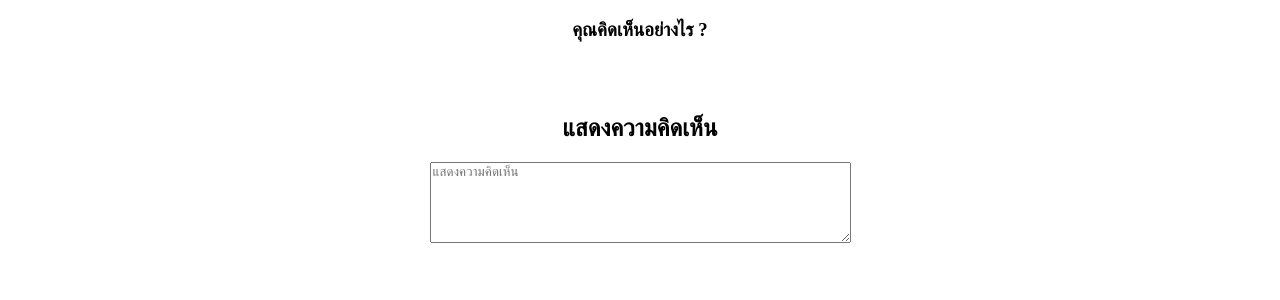
Repository: Wanaratkhamla/LabJavaWeb
Page: http://localhost/TestLabinMidterm/
These files come from the project's save history. The page is drawn as it stood at one moment and after the next save; the edit follows.
The browser window is 1280 px wide. The pictures show the whole page.
The page is served by Tomcat 9. Queries for data that is not in the repository find no rows.

Above is the page before, as saved 2017-02-28 11:58:06.

After the next save:
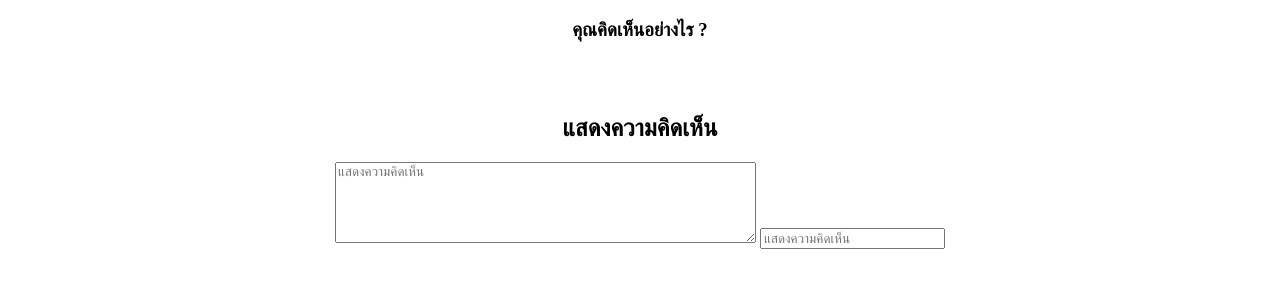
Saved 48 s later.
--- a/TestLabinMidterm/WebContent/index.jsp
+++ b/TestLabinMidterm/WebContent/index.jsp
@@ -73,6 +73,7 @@
 			<h2 align="center">แสดงความคิดเห็น</h2>
 			<input type="hidden" name="action" value="insertForum">
 			<textarea rows="5" cols="50" placeholder="แสดงความคิดเห็น"></textarea>
+			<input type="text" name="username" placeholder="แสดงความคิดเห็น">
 		</form>
 	</div>
 
